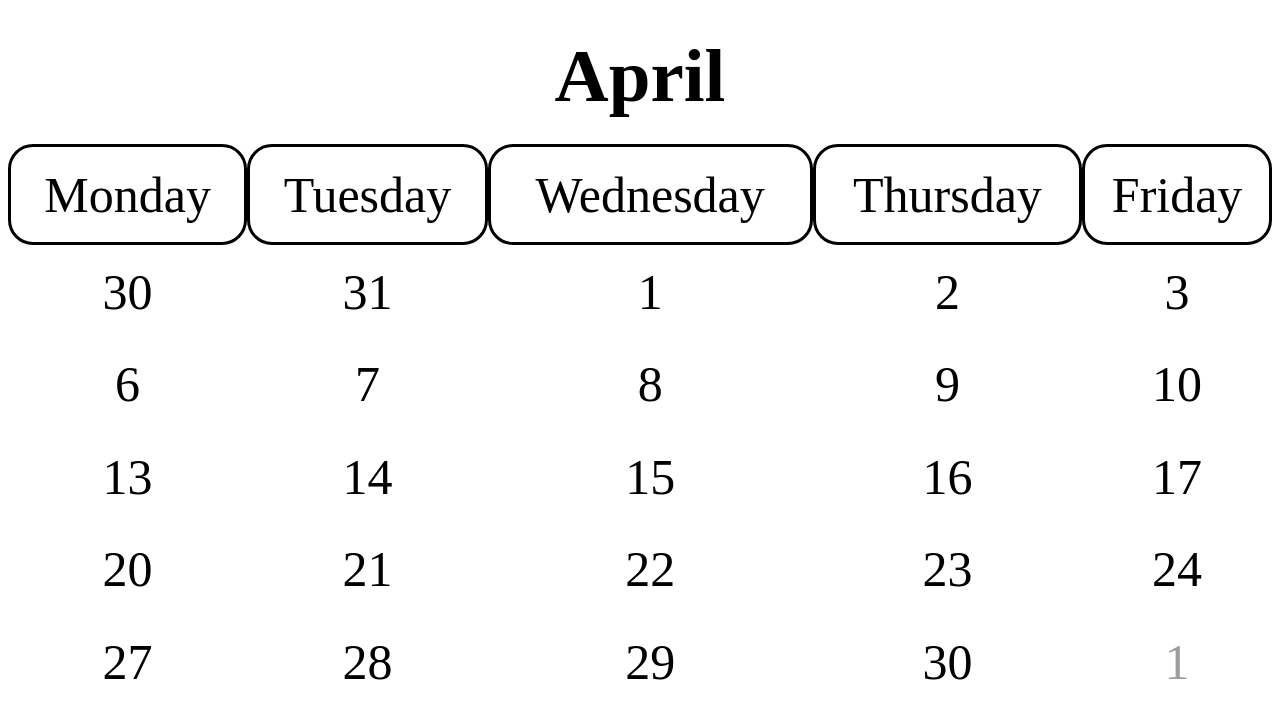
Repository: shleewhite/missionBitCalendar
Page: views/apr.html
The author's editor kept a record of every edit. The page is drawn from the files as they stood at one moment, then again after the next edit.
The browser window is 1280 px wide. The pictures show the whole page.

Above is the page before.

### views/apr.html
<article id="apr">
<html>
    <link rel="stylesheet" type="text/css" href="main.css">
    <head></head>
    <body>
        <table id="monthTable">
                <th class="monthHeader" colspan="5">April</th>
            <tr>
                <td class="weekday">Monday</td>
                <td class="weekday">Tuesday</td>
                <td class="weekday">Wednesday</td>
                <td class="weekday">Thursday</td>
                <td class="weekday">Friday</td>
            </tr>
            <tr>
                <td class="nums">30</td>
                <td class="nums">31</td>
                <td class="nums">1</td>
                <td class="nums">2</td>
                <td class="nums">3</td>
            </tr>
            <tr>
                <td class="nums">6</td>
                <td class="nums">7</td>
                <td class="nums">8</td>
                <td class="nums">9</td>
                <td class="nums">10</td>
            </tr>
            <tr>
                <td class="nums">13</td>
                <td class="nums">14</td>
                <td class="nums">15</td>
                <td class="nums">16</td>
                <td class="nums">17</td>
            </tr>
            <tr>
                <td class="nums">20</td>
                <td class="nums">21</td>
                <td class="nums">22</td>
                <td class="nums">23</td>
                <td class="nums">24</td>
            </tr>
            <tr>
                <td class="nums">27</td>
                <td class="nums">28</td>
                <td class="nums">29</td>
                <td class="nums">30</td>
                <td class="nextMonth">1</td>
            </tr>
        </table>
    </body>
</html>

### views/main.css
table {
    text-align: center;
    font-size: 50px;
    width: 100%;
    height: 700px;
    border-spacing: 50px 20px;

}
table th {
    text-align: center;
}
#year{
    /*font-family: 'Lobster', cursive;*/
    font-size: 100px;
}
.month{
    border-collapse: separate;
    border-color: #000000;
    border-radius: 25px;
    border-style: double;

    border-top-width: 15px;
    border-bottom-width: 15px;
    border-left-width: 15px;
    border-right-width: 15px;
    cursor: pointer;
}
.monthHeader {
    font-size: 75px;
    border-style: none;
}
.weekday {
    font-size: 50px;
    border-style: solid;
    border-radius: 25px;
}
#monthTable {
    border-spacing: 0px;
    border-color: #000000;
    border-radius: 25px;
    cursor: pointer;
    padding: 0px;
}
.days {
    font-size: 20px;
    text-align: left;
    border-style: double;
}
.noOne {
    text-align: center;
}
.nextMonth {
    color: #9C9C9C;
}

After the next edit:
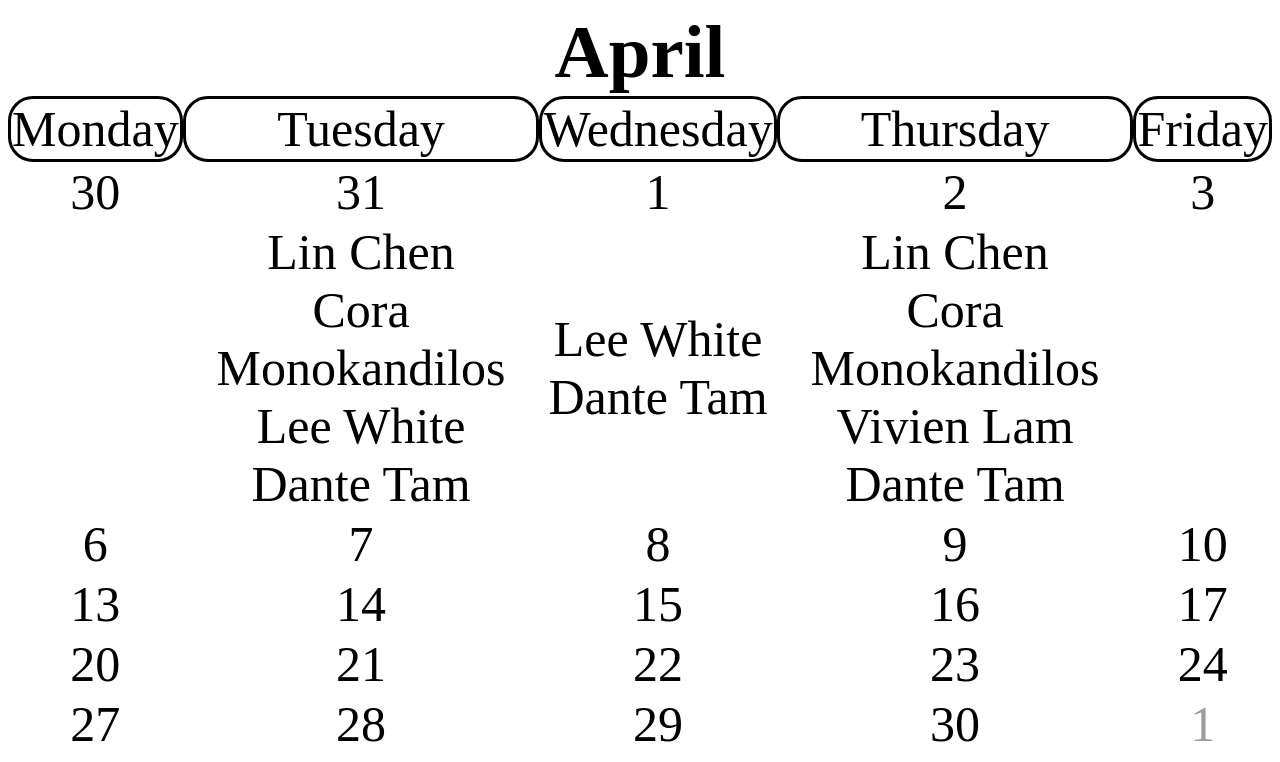
The edit:
--- a/views/apr.html
+++ b/views/apr.html
@@ -18,6 +18,13 @@
                 <td class="nums">1</td>
                 <td class="nums">2</td>
                 <td class="nums">3</td>
+            </tr>
+            <tr>
+                <td class="noOne"> </td>
+                <td class="marchPeople">Lin Chen<br>Cora Monokandilos<br>Lee White<br>Dante Tam</td>
+                <td class="marchPeople">Lee White<br>Dante Tam</td>
+                <td class="marchPeople">Lin Chen<br>Cora Monokandilos<br>Vivien Lam<br>Dante Tam</td>
+                <td class="noOne"> </td>
             </tr>
             <tr>
                 <td class="nums">6</td>
